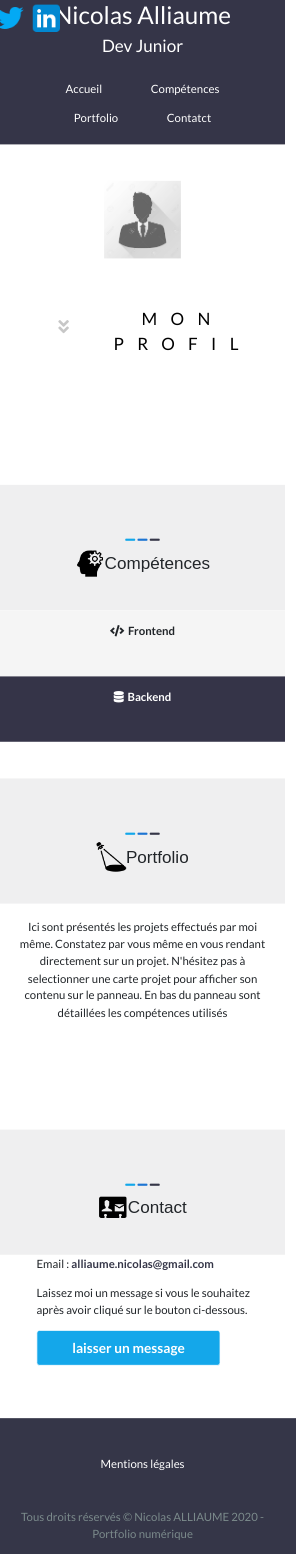
Repository: Nicolas-al/alliaumen
Page: templates/main/index.html.twig
An editor plug-in stored every save of this project. The page is shown before and after the next save, followed by the edit.
The browser window is 375 px wide. The page is 390 px wide, so the pictures cover 390 px, including what lies to the right of the window. The pictures show the whole page, at 76% of full size.
Some web fonts or font styles are not loaded; a fallback is used. Some web libraries are served in a nearby version. The page is a Twig template of a Symfony application; nobody is signed in and links lead nowhere. Other server files are loaded and not shown. The template is opened directly, without the code that normally fills it, so the values that code supplies are empty.

Above is the page before, as saved 2020-09-15 16:00:46.

### templates/main/index.html.twig
{% extends 'base.html.twig' %}


{% block body %}
    <div class="wrapper">
        <nav id="sidebar">
        {% include 'main/aside.html.twig' %}
        </nav>
        <div class="content">

            <div class="col-lg-12 mt-5" id="header">
                    <div class="row">
                        <div class="col-lg-3 col-sm-3 offset-md-1" id="block_photo">
                            <img src="{{ asset('images/29273464-photo-de-profil-avatar.jpg') }}" alt="image de profil" style="width : inherit">
                        </div>
                        <div class="col-lg-8 col-sm-8" id="block_profil">
                            <div class="text-center d-flex" id="profil">
                                <div class="block-down">
                                    <i class="fas fa-angle-double-down double-down"></i>
                                </div>
                                <div class="from-center">Mon profil</div>
                            </div>
                            <ul class="list-group list-group-flush" id="profil_panel">
                                <li class="list-group-item">Diplôme : Master Sociologie Rennes 2</li>
                                <li class="list-group-item list-group-item-secondary">Age : 29</li>
                                <li class="list-group-item">Formation Web : Openclassroom</li>
                                <li class="list-group-item list-group-item-secondary">Intitulé : Developpeur Web Junior</li>
                                <li class="list-group-item">Parcours : Virage à 180, non pas par dégoût bien au contraire, j'ai acquis des connaisances importantes. J'ai découvert ce domaine et voyez la suite de ce site par vous même. </li>
                            </ul>
                        </div>
                    </div>
            </div>
            <div id="block_competences">
                    <div class="block_title">
                        <div class="title_elmt">
                            <div class="minus_block">
                                <i class="fas fa-minus minus_one"></i>
                                <i class="fas fa-minus minus_two"></i>
                                <i class="fas fa-minus minus_three"></i>
                            </div>
                            <div class="title">
                                <img src="{{ asset('images/icons/icon-skills.png') }}" alt="icon d'une tête d'humain" class="" />
                                <h4>Compétences</h4>
                            </div>
                        </div>
                    </div>

                    <div id="skills">
                        <div class="h-50" id="front">
                            <div class="skills col-lg-12">
                                <div class="row h-100">
                                    <div class="col-lg-12 d-flex mt-2 justify-content-center skills-title">
                                        <i class="fas fa-code"></i>
                                        <p class="align-title"><strong>Frontend</strong></p>
                                    </div>
                                    <div class="col-lg-12 mt-2" id="text_black">
                                        <div class="row text-center">
                                        {% for skill in skills %}
                                            {% if skill.type == "Frontend" %}
                                                <div class="col-lg-4 col-sm-4 logo-skills">
                                                {% if skill.logo %}
                                                    <img src="{{ vich_uploader_asset( skill, 'logoFile') | imagine_filter('small_thumb')}}" alt="">
                                                {% endif %}
                                                    <p> {{ skill.name }} </p>
                                                </div>
                                            {% endif %}
                                        {% endfor %}
                                        </div>
                                    </div>
                                </div>
                            </div>
                        </div>
                        <div class="h-50" id="back">
                            <div class="skills col-lg-12">
                                <div class="row h-100">
                                    <div class="col-lg-12 d-flex justify-content-center mt-2 skills-title">
                                        <i class="fas fa-database text-white"></i>
                                        <p class="align-title text-white"><strong>Backend</strong></p>
                                    </div>
                                    <div class="col-lg-12 mt-2 text-white" id="text_white">
                                        <div class="row text-center">
                                            {% for skill in skills %}
                                                {% if skill.type == "Backend" %}
                                                    <div class="col-lg-4 col-sm-4 logo-skills" >
                                                    {% if skill.logo %}
                                                        <img src="{{ vich_uploader_asset( skill, 'logoFile') | imagine_filter('small_thumb')}}" alt="">
                                                    {% endif %}
                                                        <p> {{ skill.name }} </p>
                                                    </div>
                                                {% endif %}
                                            {% endfor %}
                                        </div>
                                    </div>
                                </div>
                            </div>
                        </div>
                    </div>
            </div>
            <div class="mt-5" id="block_portfolio">

                <div class="col-lg-12 block_title mb-3">
                    <div class="title_elmt">
                        <div class="minus_block">
                            <i class="fas fa-minus minus_one"></i>
                            <i class="fas fa-minus minus_two"></i>
                            <i class="fas fa-minus minus_three"></i>
                        </div>
                        <div class="title">
                            <img src="{{ asset('images/icons/icon-portfolio.png') }}" alt="lampe qui éclair" class="" />
                            <h4>Portfolio</h4>
                        </div>
                    </div>
                </div>
                <div class="offset-lg-1 col-lg-10 offset-sm-1 col-sm-10" id="para_portfolio">
                    <p> Ici sont présentés les projets effectués par moi même. Constatez par vous même en vous rendant directement sur un projet. N'hésitez pas à selectionner une carte projet pour afficher son contenu sur le panneau. En bas du panneau sont détaillées les compétences utilisés</p>
                </div>
                <div class="d-flex m-auto block_slides">

                    {% for project in portfolio %}

                    <div class="panel_project">
                        <div class="description_project">
                            <div class="">
                                <div class="col-lg-12">
                                    <h4>{{ project.title }}</h4>
                                </div>
                                <div class="col-lg-12">
                                    <p> {{ project.description }}</p>
                                </div>
                            </div>
                        </div>
                        <div class="project">
                            <img src="{{ vich_uploader_asset(project, 'imageFile') | imagine_filter('slider_thumb')}}" alt="image projet">
                        </div>
                        <div class="skills_project">
                            <div class="row">
                                <div class="col-lg-12">
                                    <p> <span>Compétences utilisées :</span> {{ project.skills }}</p>
                                </div>
                            </div>
                        </div>
                        <div class="project_link">
                                <a href="{{ path('portfolio', {'id' : project.id})  }}" class="text-white"> voir la page projet </a>
                        </div>
                    </div>

                    {% endfor %}
                </div>

                <div class="col-lg-12" id="block_project_card">
                    <div class="row" id="projects_cards">

                        {% for project in portfolio %}

                        <div class="project_card">
                            <div class="project_content">
                                <h6> {{ project.title }} </h6>
                                <img src="{{ vich_uploader_asset( project, 'imageFile') | imagine_filter('medium_thumb')}}" alt="">
                                <p> {{ project.description }} </p>
                                <p> {{ project.skills }} </p>
                            </div>
                        </div>

                        {% endfor %}

                    </div>
                </div>
            </div>
            <div id="block_contact">
                <div class="col-lg-12 block_title">
                    <div class="title_elmt">
                        <div class="minus_block">
                            <i class="fas fa-minus minus_one"></i>
                            <i class="fas fa-minus minus_two"></i>
                            <i class="fas fa-minus minus_three"></i>
                        </div>
                        <div class="title">
                            <img src="{{ asset('images/icons/icon-contact-de-messagerie.png') }}" alt="icon d'une tête d'humain" class="" />
                            <h4>Contact</h4>
                        </div>
                    </div>
                </div>
                <div class="col-lg-12 pl-5">

                    <address>
                        <p class="d-inline"> Email : </p>
                        <a href="mailto:alliaume.nicolas@gmail.com">alliaume.nicolas@gmail.com</a><br>
                    </address>
                </div>
                <p class="col-lg-12 pl-5">
                    Laissez moi un message si vous le souhaitez après avoir cliqué sur le bouton ci-dessous.
                </p>
                <div class="col-lg-12 pl-5">
                    <button class="button" id="form_button">
                        <a href="#contact_form" id="form_link" class="font-weight-bold text-white">
                        laisser un message</a>
                    </button>
                </div>
            </div>
            {% include 'contact/index.html.twig' %}
            {% include 'main/footer.html.twig' %}
            </div>
        </div>
    </div>
{% endblock %}


{% block footer %}

{% endblock %}

### templates/base.html.twig
<!DOCTYPE html>
<html>
    <head>
        <lang="fr">
        <meta charset="UTF-8">
        <meta name="viewport" content="width=device-width, initial-scale=1">

        <title>{% block title %}Projet5!{% endblock %}</title>
        {% block stylesheets %}
        <link type="text/css" rel="stylesheet" href="{{ asset('/css/style.css') }}" />
        <link type="text/css" rel="stylesheet" href="{{ asset('/css/project.css') }}" />
        <link rel="stylesheet" href="https://bootswatch.com/4/flatly/bootstrap.min.css">
        <link rel="stylesheet" href="https://cdnjs.cloudflare.com/ajax/libs/font-awesome/5.9.0/css/all.css">
        <link href="https://fonts.googleapis.com/css2?family=Oswald&family=Philosopher&family=Roboto&family=Crete+Round&family=Dosis:wght@600&family=Merienda:wght@700&display=swap" rel="stylesheet">
        <script src="https://code.jquery.com/jquery-3.5.1.min.js" integrity="sha256-9/aliU8dGd2tb6OSsuzixeV4y/faTqgFtohetphbbj0=" crossorigin="anonymous"></script>
        <script src="{{ asset('js/accueil/profil.js') }}"></script>
        <script src="{{ asset('js/accueil/skills.js') }}"></script>
        <script src="{{ asset('js/accueil/slider.js') }}"></script>
        <script src="{{ asset('js/accueil/contact.js') }}"></script>

        {% endblock %}
    </head>
    <body>

            {# {% block aside %}{% endblock %} #}
            {% block body %}{% endblock %}
            {% block javascripts %}{% endblock %}
            <footer>
            {% block footer %}{% endblock %}
            </footer>
            <script src="{{ asset('js/portfolio/deleteCom.js') }}"></script>
            <script src="{{ asset('js/portfolio/banIp.js') }}"></script>
    </body>
</html>

### templates/main/aside.html.twig

    {% block sidebar %}
            <div class="sidebar-header">
                <h3 class="text-center">Nicolas Alliaume</h3>
                <h4 class="text-center">Dev Junior</h4>
            </div>
            <div class="navbar navbar-expand text-center">
                <ul class="nav" style="width: -webkit-fill-available">
                    <li class="nav-item active"><a href="/#" class="nav-link text-white">Accueil</a></li>
                    <li class="nav-item"><a href="/#block_competences" class="nav-link text-white">Compétences</a></li>
                    <li class="nav-item"><a href="/#block_portfolio" class="nav-link text-white">Portfolio</a></li>
                    <li class="nav-item"><a href="/#block_contact" class="nav-link text-white">Contatct</a></li>
                </ul>
            </div>
            <div class="block_network">
                <h6>RESEAUX SOCIAUX</h6>
                <div class="d-flex justify-content-center">
                    <img class="" src="{{ asset('images/icons/icon-twitter.png') }}" alt="icon de twitter">
                    <img src="{{ asset('images/icons/icon-linkedin.png') }}" alt="icon de linkedin">
                </div>
            </div>
    {% endblock %}

### templates/contact/index.html.twig

<div class="modal_contact">
    <div class="row" id="contact_form">
        <div class="col-lg-4 offset-lg-4 text-center">
            <h1>
            Contact
            </h1>
        </div>
    </div>
    <div class="container">
        <div class="row">
            <div class="col-lg-6 mx-auto" id="contact_block">
                    <div class="form-group">
                        <label for="name">Nom</label>
                        <input type="text" class="form-control" name="name" id="name">
                        <small id="emailHelp" class="form-text text-muted"></small>
                    </div>
                    <div class="form-group">
                        <label for="firstname">Prénom</label>
                        <input type="text" class="form-control" id="firstname">
                    </div>
                    <div class="form-group">
                        <label for="mail">Email</label>
                        <input type="mail" class="form-control" id="mail">
                    </div>
                    <div class="form-group">
                        <label for="message">Message</label>
                        <textarea type="textarea" class="form-control" rows="10" id="message"></textarea>
                    </div>

                    <a class="button font-weight-bold text-white" id="button_form" href="#contact_form">Envoyer</a>
                    <p id="errors_form"></p>
            </div>
        </div>
    </div>
</div>

### templates/main/footer.html.twig
  {% block footer %}
                <footer class="row">
                    <div class="col-lg-12 mb-5 mt-5 text-center">
                        <a href="{{ path("mentions") }}" class="text-white">Mentions légales</a>
                    </div>
                    <div class="col-lg-12 text-dark copyright">
                            <p class="text-center">Tous droits réservés © Nicolas ALLIAUME 2020 - Portfolio numérique</p>

                    </div>
                </footer>
{% endblock %}

### public/css/style.css
body{
    overflow-x: hidden;
}

.wrapper {
    display: flex;
    width: 100%;
    align-items: stretch;
}

#sidebar{
    background : #353548;
    max-width: 200px;
    min-width: 200px;
}
#header{
    height: 400px;
}
#block_competences{
    height: 500px;
    margin-left: 0;
    margin-right: 0;
}
#block_portfolio{
    height: 1400px;
}
#block_contact{
    margin-top: 20px;
    height: 380px;
}
footer{
    background: #353648
}
.button{
    background: #14a7ea;
    border: 1px solid white;
    padding: 9px 46px;
    border-radius: 4px;
}
.button a{
    font-size: 1.2em;
}
.button a:hover{
    text-decoration: none;
}

/* sections block titre */

.block_title{
    height: 165px;
    background: #35334814;
    width: 100%;
}
.title_elmt{
    display: flex;
    flex-direction: column;
}
.minus_block{
    text-align: center;
    margin-top: 61px;
}
.minus_one{
    color: #11a7ea
}
.minus_two{
    color: #1d75d2;
}
.minus_three{
    color: #353648;
}
.title{
    display: flex;
    margin-left: -15px;
    margin-right: -15px;
}
.title h4{
    font-family: 'Philosopher', sans-serif;
    margin-right: auto;
    margin-top: auto;
    margin-bottom: auto;
}
.title img{
    height: 39px;
    margin-top: auto;
    margin-left: auto;
    margin-bottom: auto;
}

/*------------------------------------- ASIDE -------------------------------------*/

#aside h3{
    font-family: 'Oswald', sans-serif;
}
.sidebar-header{
    color: white;
}
#sidebar ul{
    justify-content: center;
}
.block_nav{
    position: fixed;
    top: 27%;
    width: 15.7%
}

.block_nav ul{
    display: flex;
    flex-direction: column;
    margin: auto;
    justify-content: end;
}
.block_nav a{
    font-family: 'Catamaran', sans-serif;
    padding-left: 20px
}

.block_network{
    position: fixed;
    top: 84%;
    text-align: center;
    width: 15.7%;
}
h6{
    color: white;
}
/*----------------------------------- HEADER -----------------------------------*/

.header_p{
    font-family: 'Merienda', cursive;
    font-size: 1.3em;
    color: #212529e8;
    width: 93%;
    box-shadow: 0px 0px 7px;
    text-align: center;
}

#block_photo{
    max-width: 35%;
    margin: auto;
    padding-bottom: 40px;
}

/* Mon profil */

#block_profil{
    height: fit-content;
}

#profil{
    justify-content: center;
    align-items: center;
}
.block-down{
    margin-right: 5%;
}
.from-center{
    margin-left: 45px;
}
/* Animation double Flèches vers le bas */

@keyframes down{
	0% {transform: translateY(0%) ; opacity: 0.5}
	25% {transform: translateY(-30%); opacity: 0.2}
    75% {transform: translateY(30%); opacity: 1}
    100% {transform: translateY(0%); opacity: 0.5}
}
.double-down{
	animation: down 1.2s infinite;
	width: 3%;
}

/* ~~~~~~~ INIT. BTN ~~~~~~~ */

#profil{
    position: relative;
    padding: 1.4rem 4.2rem;
    padding-right: 3.1rem;
    font-size: 1.4rem;
    color: black;
    letter-spacing: 1.1rem;
    text-transform: uppercase;
    transition: all 500ms cubic-bezier(0.77, 0, 0.175, 1);
    cursor: pointer;
    user-select: none;
}

#profil:before, #profil:after {
    content: '';
    position: absolute;
    transition: inherit;
    z-index: -1;
    box-sizing: border-box;
}

#profil:hover {
    color: white;
    transition-delay: .5s;
}

#profil:hover:before {
    transition-delay: 0s;
}

#profil:hover:after {
    background: #353648;
    transition-delay: .35s;
}


#profil:before {
    top: 0;
    left: 50%;
    height: 100%;
    width: 0;
    border: 1px solid #353648;
    border-left: 0;
    border-right: 0;
}

#profil:after {
    bottom: 0;
    left: 0;
    height: 0;
    width: 100%;
    background: #353648;
}

#profil:hover:before {
    left: 0;
    width: 100%;
}

#profil:hover:after {
    top: 0;
    height: 100%;
}

#profil_panel{
    display: none;
}


/* ------------------------------------BLOCK COMPETENCES--------------------------------------*/
#skills{
    display: flex;
    width: 100%;
}
.skills{
    margin-bottom: -200px;
}
.skills-title{
    align-items: center;
}
.skills-title i{
    margin: inherit;
}
.logo-skills p{
    width: fit-content;
    margin: auto;
}
.logo-skills:hover{
   font-size: 20px;
   transition: 1s;
   font-weight: bold;
}
#skills img{
    width: 48px;
}
#skills img:hover{
    width: 65px;
    transition: 0.5s;
}
.align-title{
    margin: inherit;
    margin-left: 5px;
}

#front{
    width: 53%;
    border-bottom: 300px solid whitesmoke;
}
#back{
    width: 59%;
    border-bottom: 300px solid #353448;
    border-left: 43px solid #f5f5f5fc;
}

/* -------------------------------------------BLOCK PORTFOLIO----------------------------------------- */

#para_portfolio{
    height: 100px;
    padding: 0px 20px;
    text-align: center;
}

/* -------Slider------- */
.block_slides{
    height: 40%;
}
#block_portfolio h4{
    text-align: center;
    font-family: 'Philosopher', sans-serif;
}
.panel_project{
    width: 92%;
    margin: auto;
    display: none;
    box-shadow: 0px 0px 27px #353448;
    border-radius : 5px;
}


.description_project{
    border-bottom: 5px solid #f39c12c9;
    background: white;
    padding: 10px;
    border-top-left-radius: 5px;
    border-top-right-radius: 5px;
}
.description_project h4{
    font-weight: 700;
}
.description_project p{
    font-size: 1.1em;
}
.project img{
    width: 100%;
}
.project_link{
    border: 2px solid white;
    text-align: center;
    padding: 16px 15px;
    margin-top: -1%;
    background: #1e74d2;
}
.project_link:hover{
    background: #100f19;
}
.project_link a:hover{
    text-decoration: none;
}
.skills_project{
    border-top: 5px solid #f39c12c9;
}
.skills_project p{
    padding-right: 2%;
    padding-left: 2%;
    padding : 10px;
}
.skills_project span{
    font-weight: bold;
}
/* Cards projects */

#block_project_card{
    margin-top: 23%;
}
#projects_cards{
    text-align: center;
    justify-content: center;
    margin-left: 5%;
}
.project_card{
    color: white;
    margin-left: -10%;
    border: 1px solid;
    box-shadow: 0px 0px 3px;
    border-right: 2px solid;
    border-radius: 11px;
    max-width: 22%;
    background: #353348;
    cursor: pointer;
}
.project{
    opacity: 0.8;
}
.project h4{
    color: white;
}
.project p{
    color: white;
}
.project_content p{
    padding: 3% 9% 0% 9%;
    margin-bottom: 0;
    text-align: justify;
    font-size: 0.8em;
}
.project_content p:last-child{
    margin-bottom: 3%;
}
.project_content h4{
    padding: 3%;
}
.project_content img{
    width: 99%;
}
/*------------------------------------------- BLOCK CONTACT ---------------------------------------- */

#block_contact address a{
    font-weight: bold;
    color: #353648;
}

.modal_contact{
    display: none;
    background: white;
    width: inherit;
    z-index: 100;
    top: 0px;
    height: 100%;
    position: absolute;
    margin-left: -15px;
}

#errors_form{
    color: red;
    font-size: 1em;
    display: none;
}

/*-------------------------- MENTIONS LEGALES ------------------------*/

#mentions_body a{
    color: #0087d1;
}

/*---------------------------- FOOTER ---------------------------------*/

.copyright{

}

/*================================================ RESPONSIVE ======================================================== */
/*================================================            ======================================================== */

@media screen and (min-width: 1250px){
    #block_project_card {
        margin-top: 29%;
    }
    #block_contact {
        margin-top: 12%;
    }
}

@media screen and (max-width: 991px){
    .wrapper{
        display: block;
    }
    #sidebar{
        min-width: 100%;
        max-width: 100%;
    }
    .block_nav{
        position: inherit;
        display: contents
    }
    .block_nav ul{
        display: flex;
        flex-direction: inherit;
        justify-content: center;
    }
    .block_network{
        position: absolute;
        top: 0%;
        left: 1%;
    }
    .block_network h6{
        display: none;
    }
    #mentions_body{
    margin-left: 2%;
    }

    #block_competences{
        height: auto;
    }

    #skills{
        height: fit-content;
        flex-direction: column;
        display: flex !important;
    }
    .skills{
        margin-bottom: 0;
    }
    #front{
        width: auto;
        border-bottom: none;
        background-color: #f5f5f5;
    }
    #text_black{
        padding: 20px 30px
    }
    #back{
        width: auto;
        border-bottom: none;
        border-left: none;
        background-color: #353448;
    }
    #text_white{
        padding: 20px 30px
    }
    .logo-skills{
        width: 20% !important;
    }
    #block_portfolio{
        height: auto;
    }
    #para_portfolio{
        margin-top: 5%;
        margin-bottom: 12%;
    }
    #block_project_card {
        margin-top: 20%;
    }
    .project_card {
        max-width: 26%;
        height: 259px;
    }
}

@media screen and (max-width: 702px){
    .projects_cards{
        margin-left: 5%;
    }
    .project_content p {
        font-size: 0.7em;
    }
    .project_card {
        max-width: 29%;
        height: 241px;
    }

}
    @media screen and (max-width: 500px){
    .project_card {
        max-width: 32%;
        height: 243px;
        }
    .block_slides{
        margin: 0% 0% 0% 2% !important;
    }
    .project_link{
        margin-left: 35%;
    }
    #block_project_card {
        margin-top: 30%;
        padding-left: 7%;
    }
    .block_network{
        top: 0%;
        left: 2%;
    }
    .bloc_network img{
        height: 36px;
        width: 36px;
    }
    h6{
        display: none;
    }
    #contact_block{
        width: 80%;
    }
}

### public/css/project.css
/* ------------ Project Page -------------- */

h1{
    text-align: center;
    margin: 4%;
}
.project_page p{
    font-size: 1.1em;
    margin: 4% 0%;
    text-align: center;
}
.content{
    width: 100%;
}
figure{
    text-align: center;
}
figure img{
    box-shadow: 2px 2px 13px;
    width: 100%;
}
figure .btn{
    background: #353648;
    margin-top: 20px;
}
figure a{
    color: white;
}
figcaption{
    margin-top: 10px;
}
#comment_block{
    margin-bottom: 30px;
}
#comments{
    margin-bottom: 9%;
    margin-top: 4%;
}
#comments .comment{
    margin-bottom: 30px;
    border: 1px gainsboro;
    box-shadow: 1px 1px 5px;
}
#author_comment{
background-color: #353648;
color :white
}
#content_comment{
background-color: #ffffff;
padding: 9px 10px;
}

### public/js/portfolio/banIp.js
function banIp(commentId, portfolioId){

    console.log(portfolioId);
        $.ajax({
            url: '/modo/' + portfolioId + '/?action=ban&commentId=' + commentId,
            type: 'GET',
            dataType: 'html',
            success: function (code_html, statut) { // success est toujours en place, bien sûr !
                let balise = '#' + commentId;
                $(balise).css({
                    'display': 'none'
                });
                console.log(balise);
            },
        })

}

Loaded but not shown: public/js/accueil/contact.js (47 lines, source omitted); public/js/accueil/slider.js (51 lines, source omitted); public/js/accueil/profil.js (27 lines, source omitted); public/js/portfolio/deleteCom.js (19 lines, source omitted)

After the next save:
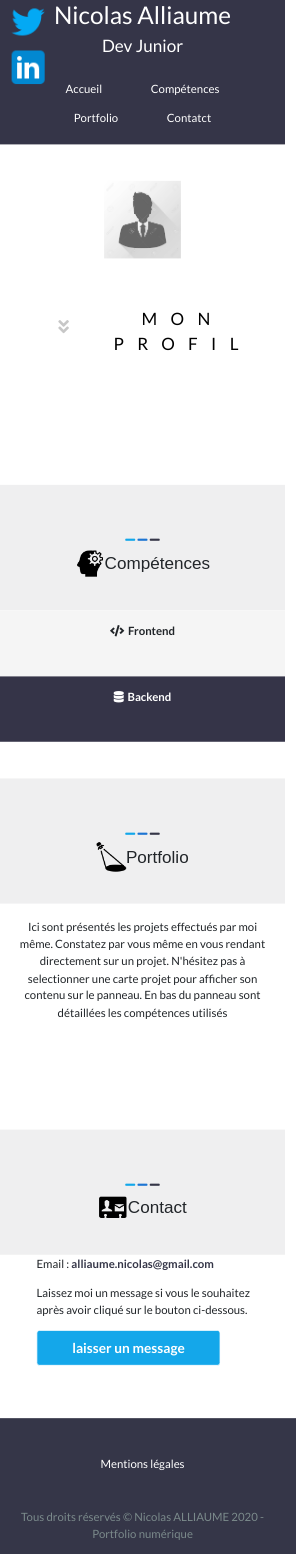
Saved 37 s later.
--- a/public/css/style.css
+++ b/public/css/style.css
@@ -552,6 +552,9 @@ h6{
         top: 0%;
         left: 2%;
     }
+    .block_network div{
+        flex-direction: column;
+    }
     .bloc_network img{
         height: 36px;
         width: 36px;
